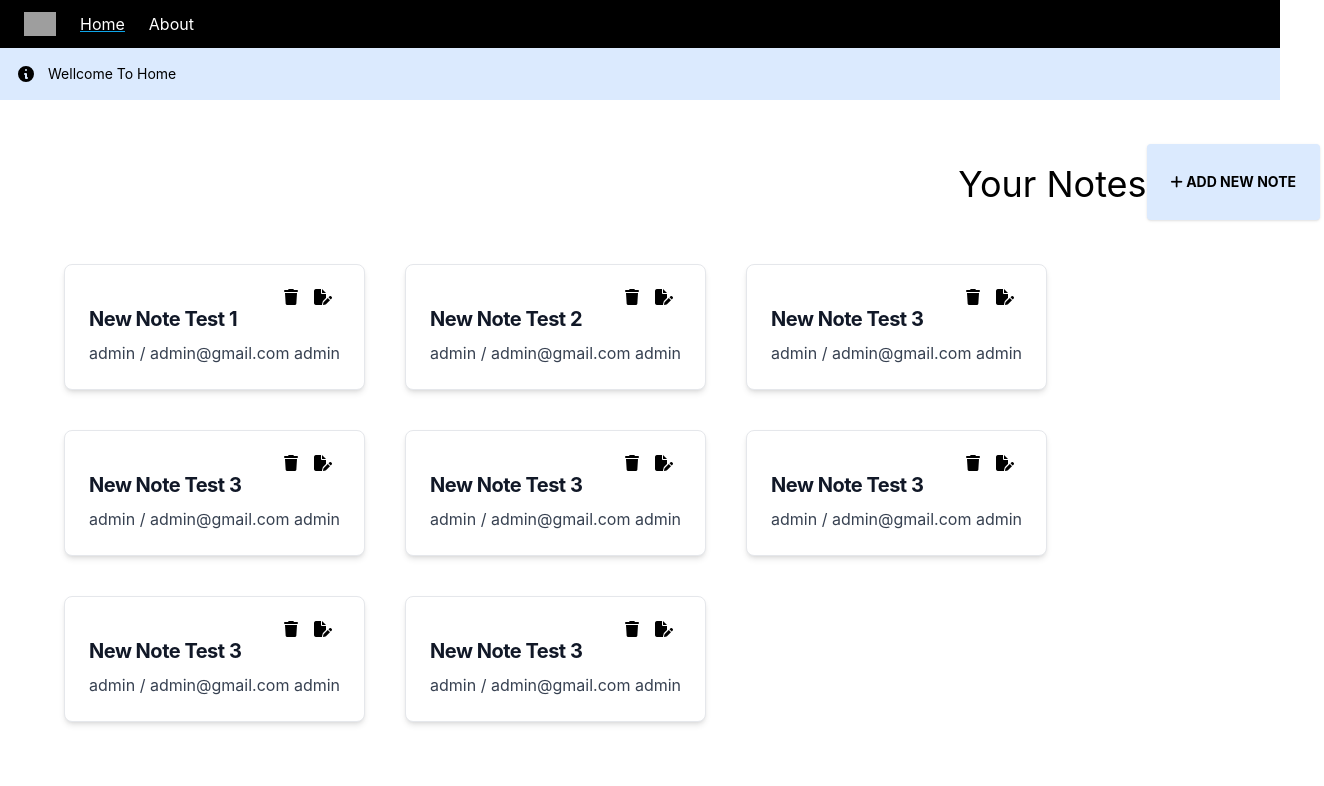
Repository: sonawaneteju4/iNote
Page: /
The author's editor kept a copy of each file at every save. The page is drawn from the files as they stood at one save, then again after the next save.
The browser window is 1280 px wide. The page is 1324 px wide, so the pictures cover 1324 px, including what lies to the right of the window. The pictures show the whole page.
Pictures or frames that could not be fetched are drawn as grey boxes. Some web libraries are served in a nearby version. The project was rebuilt for these pictures with package versions that can differ from the ones it lists, and the page was loaded fresh each time. Also part of the build but not shown: src/components/AddNote.js, src/components/About.js.

Above is the page before, as saved 2022-10-11 10:52:33.

After the next save:
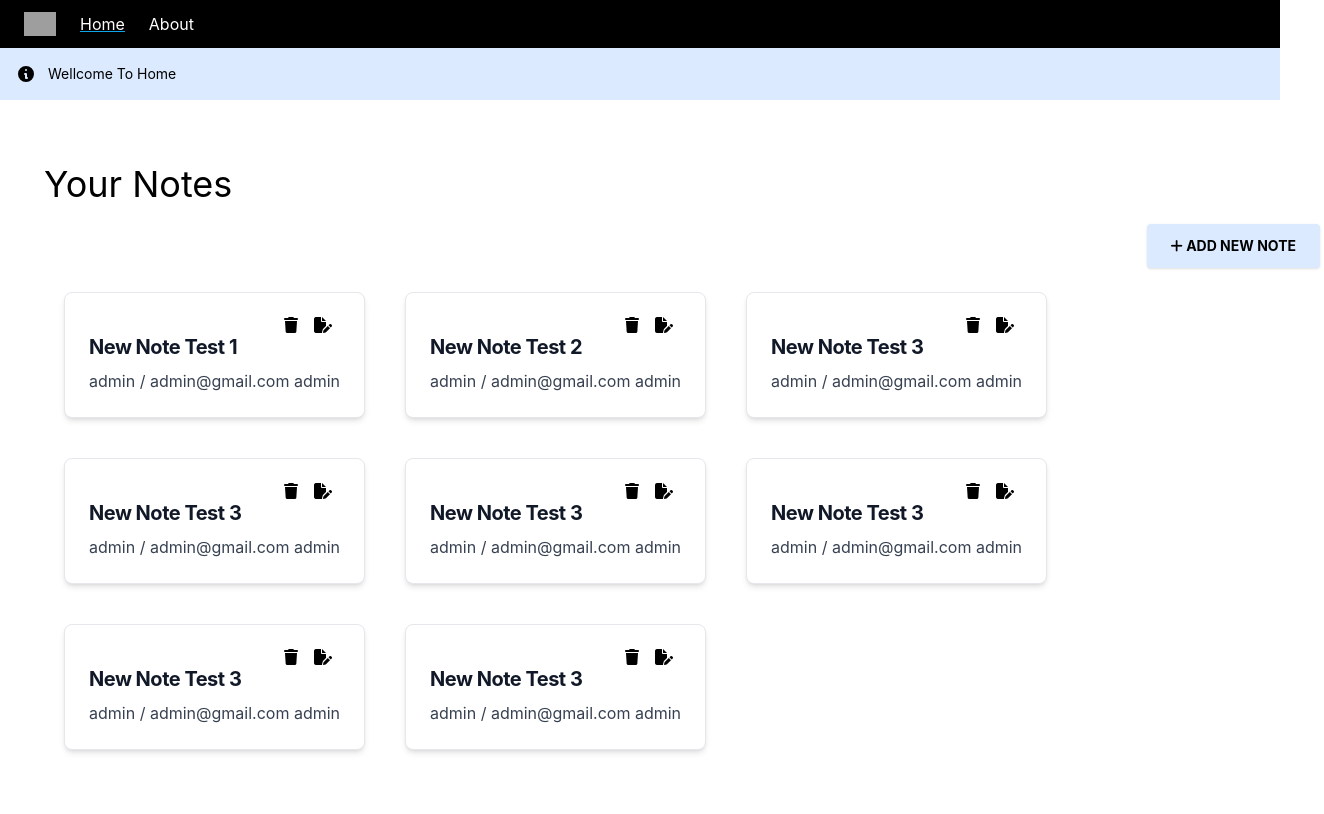
Saved 7 s later.
--- a/src/components/Notes.js
+++ b/src/components/Notes.js
@@ -10,8 +10,8 @@ const Notes = () => {
     const {notes, addNote} = context
   return (
     <div>
-<div className='flex flex-row justify-end my-5'>
-      <h1 className='py-5 text-4xl justify-start'>Your Notes</h1>
+      <h1 className='py-5 text-4xl'>Your Notes</h1>
+<div className='flex flex-row justify-end '>
 
       <button
         className="bg-blue-100 text-black active:bg-pink-600 font-bold uppercase text-sm px-6 py-3 rounded shadow hover:shadow-lg outline-none focus:outline-none mr-1 mb-1 ease-linear transition-all duration-150"
